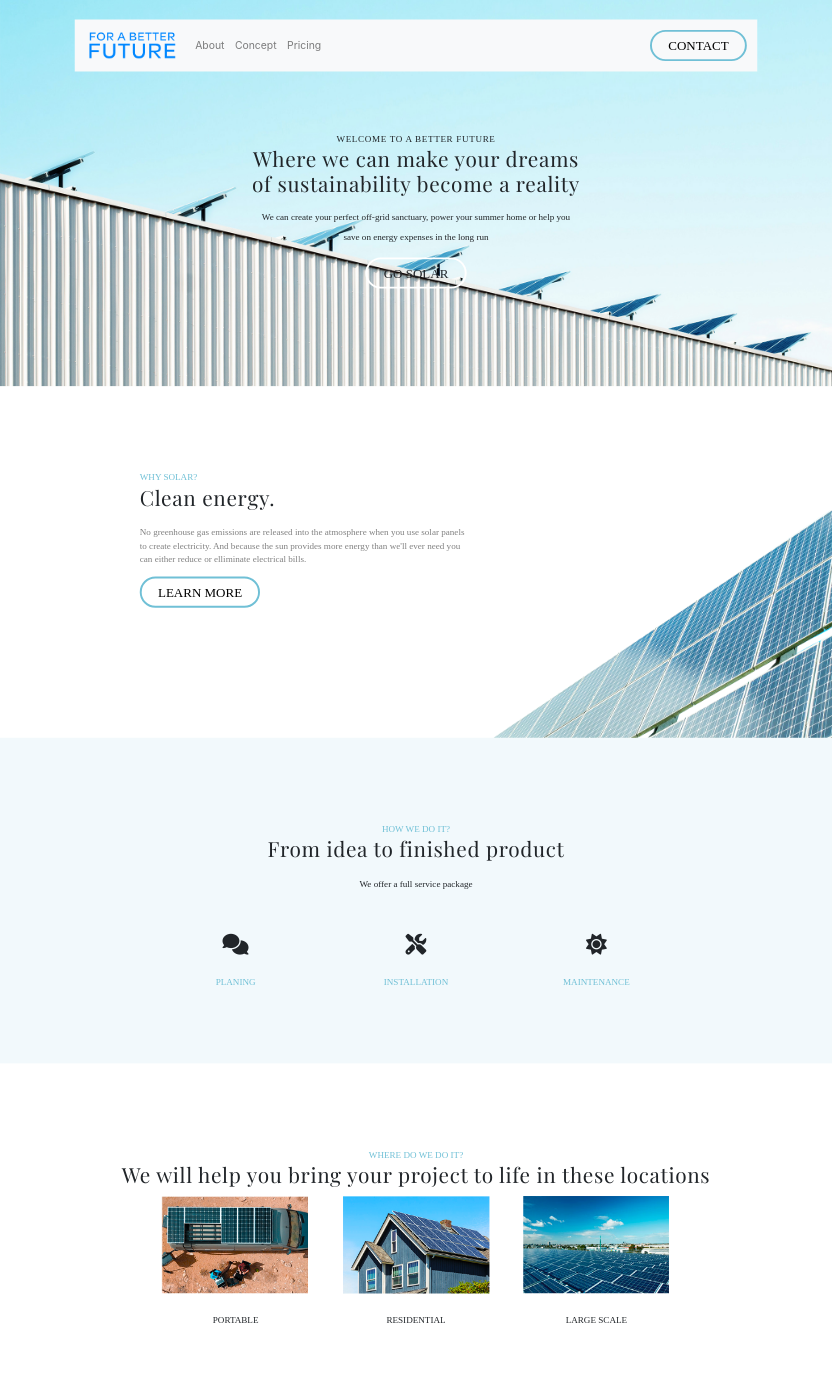
Repository: sabinemm/fabf
Page: index.html
The author's editor kept a record of every edit. The page is drawn from the files as they stood at one moment, then again after the next edit.
The browser window is 1280 px wide. The pictures show the whole page, at 65% of full size.
Backgrounds fixed to the window are drawn as part of the page. Some web fonts or font styles are not loaded; a fallback is used. Some web libraries are served in a nearby version.

Above is the page before.

### index.html
<!DOCTYPE html>
<html lang="en">

<head>
    <meta charset="UTF-8">
    <meta name="viewport" content="width=device-width, initial-scale=1.0">
    <meta http-equiv="X-UA-Compatible" content="ie=edge">
    <link rel="stylesheet" href="style.css" type="text/css" />
    <link rel="stylesheet" href="https://stackpath.bootstrapcdn.com/bootstrap/4.3.1/css/bootstrap.min.css" integrity="sha384-ggOyR0iXCbMQv3Xipma34MD+dH/1fQ784/j6cY/iJTQUOhcWr7x9JvoRxT2MZw1T" crossorigin="anonymous">
    <link rel="stylesheet" media="screen" href="https://fontlibrary.org/face/roundo" type="text/css" />
    <link rel="stylesheet" media="screen" href="https://fontlibrary.org/face/source-sans-pro" type="text/css" />
    <link href="https://fonts.googleapis.com/css?family=Playfair+Display&display=swap" rel="stylesheet">
    <script src="https://kit.fontawesome.com/7e530e9396.js"></script>
    <title>FOR A BETTER FUTURE</title>
</head>

<body>

    <!–-----– NAVBAR ------->

    <div class="container">
        <nav class="navbar navbar-fixed-top navbar-expand-lg navbar-light bg-light">
            <a class="navbar-brand" href="#">
          <img src="img/logo.svg" height="50px"alt="logo">
        </a>
            <button class="navbar-toggler" type="button" data-toggle="collapse" data-target="#navbarText" aria-controls="navbarText" aria-expanded="false" aria-label="Toggle navigation">
    <span class="navbar-toggler-icon"></span>
  </button>
            <div class="collapse navbar-collapse justify-content-center" id="navbarText">
                <ul class="navbar-nav mr-auto">
                    <li class="nav-item">
                        <a class="nav-link" href="#">About</a>
                    </li>
                    <li class="nav-item">
                        <a class="nav-link" href="#">Concept</a>
                    </li>
                    <li class="nav-item">
                        <a class="nav-link" href="#">Pricing</a>
                    </li>
                </ul>
                <span class="navbar-text">
          <button type="button" class="btn btn-blue-border">CONTACT</button>
    </span>
            </div>
        </nav>
    </div>

    <!–-----– FIRST SECTION ------->

    <section id="parallax">
        <div class="container">
            <div class="ltitle text-center">
                <p class="uppercase stitle">WELCOME TO A BETTER FUTURE</p>
                <h2> Where we can make your dreams <br> of sustainability become a reality </h2>
                <p class="tparagraph"> We can create your perfect off-grid sanctuary, power your summer home or help you <br> save on energy expenses in the long run</p>
                <button type="button" class="btn  btn-transp-white-border">GO SOLAR</button>
            </div>
        </div>
    </section>

    <!–-----– SECOND SECTION ------->

    <section id="clean">
        <div class="container container-fluid section-2">
            <div class="row">
                <div class="col col-md-6">
                    <p class="uppercase stitle stitle-blue">WHY SOLAR?</p>
                    <h2 class="ltitle ltitle2"> Clean energy.</h2>
                    <p class="tparagraph tparagraph2"> No greenhouse gas emissions are released into the atmosphere when you use solar panels to create electricity. And because the sun provides more energy than we'll ever need you can either reduce or elliminate electrical bills. </p>
                    <button type="button" class="btn btn-blue-border">LEARN MORE</button>

                </div>
            </div>

            <div class="container">
                <div class="col col-md-6 offset-md-6">
                    <img src="img/sidepanel.png" class="sidepanel"></img>
                </div>
            </div>
        </div>

    </section>

    <!–-----– THIRD SECTION ------->

    <section id="idea">
        <div class="idea-title text-center">
            <p class="uppercase stitle stitle-blue">HOW WE DO IT?</p>
            <h2 class="ltitle ltitle2"> From idea to finished product</h2>
            <p class="tparagraph">We offer a full service package</p>

        </div>
        <div class="container container-fluid ">
            <div class="row m-auto text-center justify-content-center">
                <div class=" col-sm-3 col-md-3">
                   <div class="icons"><i class="fas fa-comments fa-2x"></i></div>
                     <p class="uppercase stitle stitle-blue stitlen">PLANING</p>
                </div>
                <div class="col-sm-3 col-md-3">
                    <div class="icon"><i class="fas fa-tools fa-2x"></i></div>
                     <p class="uppercase stitle stitle-blue stitlen">INSTALLATION</p>
                </div>
                <div class="col-sm-3 col-md-3">
                    <div class="icon"><i class="fas fa-sun fa-2x"></i></div>
                     <p class="uppercase stitle stitle-blue stitlen">MAINTENANCE</p>
                </div>
            </div>

        </div>

    </section>

 <!–-----– FOURTH SECTION ------->

     <section id="where">
        <div class=" text-center">
            <p class="uppercase stitle stitle-blue">WHERE DO WE DO IT?</p>
            <h2 class="ltitle ltitle2">We will help you bring your project to life
in these locations</h2>


        </div>
        <div class="container container-fluid ">
            <div class="row m-auto text-center justify-content-center">
                <div class=" col-sm-3 col-md-3">
                   <img class="whereimg"src="img/portable.png"></img>
                     <p class="uppercase stitle stitlen">PORTABLE</p>
                </div>
                <div class="col-sm-3 col-md-3">
                    <img class="whereimg" src="img/residential.png"></img>
                     <p class="uppercase stitle stitlen">RESIDENTIAL</p>
                </div>
                <div class="col-sm-3 col-md-3">
                    <img class="whereimg" src="img/large.png"></img>
                     <p class="uppercase stitle stitlen">LARGE SCALE</p>
                </div>
            </div>

        </div>

    </section>

</body>

</html>

### style.css

/*-------------------navbar------------------*/

.navbar {
    margin-top: 30px;
    margin-left: 30px;
    margin-right: 30px;

}

@media (max-width:536px) {
    .navbar {
        margin-top: 15px;
        margin-left: 10px;
        margin-right: 10px;
    }
}

/*-------------------Buttons------------------*/

.btn-transp-white-border,
.btn-transp-white-border:hover,
.btn-transp-white-border:active,
.btn-transp-white-border:visited,
.btn-transp-white-border:active:focus,
.btn-transp-white-border:focus {
    background-color: rgba(0, 0, 0, 0);
    border: solid 3px white !important;
    border-radius: 30px !important;
    color: white;
    text-align: center;
    text-decoration: none;
    display: inline-block;
    font-size: 20px !important;
    font-family: 'SourceSansProRegular';
    padding-left: 25px !important;
    padding-right: 25px !important;
}


.btn-transp-white-border:hover {
    background-color: rgba(255, 255, 255, 0.5);
    padding-left: 25px;
    padding-right: 25px;
}


.btn-blue-border,
.btn-blue-border:hover,
.btn-blue-border:active,
.btn-blue-border:visited,
.btn-blue-border:active:focus,
.btn-blue-border:focus {
    background-color: rgba(0, 0, 0, 0) !important;
    border: solid 3px rgb(112, 192, 214) !important;
    border-radius: 30px !important;
    color: black !important;
    text-align: center;
    text-decoration: none;
    display: inline-block;
    font-size: 20px !important;
    font-family: 'SourceSansProRegular';
    padding-left: 25px !important;
    padding-right: 25px!important;
}

.btn-blue-border:hover {
    background-color: rgba(112, 192, 214, 0.5) !important;
    padding-left: 25px;
    padding-right: 25px;
}


/*-------------------SECTION 1 PAGE 1------------------*/

#parallax {
    background: url(img/1page1section.jpg);
    background-attachment: fixed;
    background-position: bottom;
    background-repeat: no-repeat;
    background-size: cover;
    margin-top: -110px;
}

@media (max-width:536px) {
    #parallax {
        margin-top: -110px;
    }
}

.stitle {
    font-size: 14px;
    font-family: 'RoundoRegular';
    font-weight: 500;
    font-style: normal;
    margin-bottom: -5px;
}

.ltitle {
    padding-top: 200px;
    font-family: 'Playfair Display';
    letter-spacing: 1px;
    line-height: 30px;
    padding-bottom: 150px;
}

@media (max-width:768px) {
    .ltitle {
        padding-top: 150px;
        padding-bottom: 100px;
    }
}

.tparagraph {
    padding-top: 10px;
    font-family: 'SourceSansProRegular';
    font-weight: normal;
    font-style: normal;
    font-size: 14px;
    letter-spacing: 0;
}

@media (max-width:768px) {
    br {
        display: none !important;
        visibility: hidden;
    }
}

/*-------------------SECTION 2 PAGE 1------------------*/
#clean {
    padding-left: 0;
}
@media (min-width:768px) {
#clean {
    padding-left: 200px;
}
}


.stitle-blue {
    color:rgb(112, 192, 214);
    padding-top: 70px;

}

@media (min-width:768px) {
    .stitle-blue {
        padding-top: 130px;
    }
}

.ltitle2 {
padding-top: 10px;
padding-bottom: 10px;
}

.tparagraph2 {
    color: gray;

}

.section-2 {
  padding-bottom: 100px;
}

.sidepanel {
position:relative;
float: right;
height:400px;
margin-top: -150px;
margin-right: -45px;
z-index: -1;
}

/*-------------------SECTION 3 PAGE 1------------------*/

#idea {
    background-color: rgb(242, 249,252);
     padding-bottom: 70px;
}

.idea-title {;
    padding-bottom: 50px;
    margin-top: 100px;
}


.stitlen {
    padding-top: 30px;
    padding-bottom: 50px;
}


/*-------------------SECTION 4 PAGE 1------------------*/

.whereimg {
    height: 150px;
}

.wheretitle {
    padding-top: 20px;
    padding-bottom: 30px;
}


#where {
    padding-bottom: 30px;
}



/*-------------------FOOTER------------------*/

After the next edit:
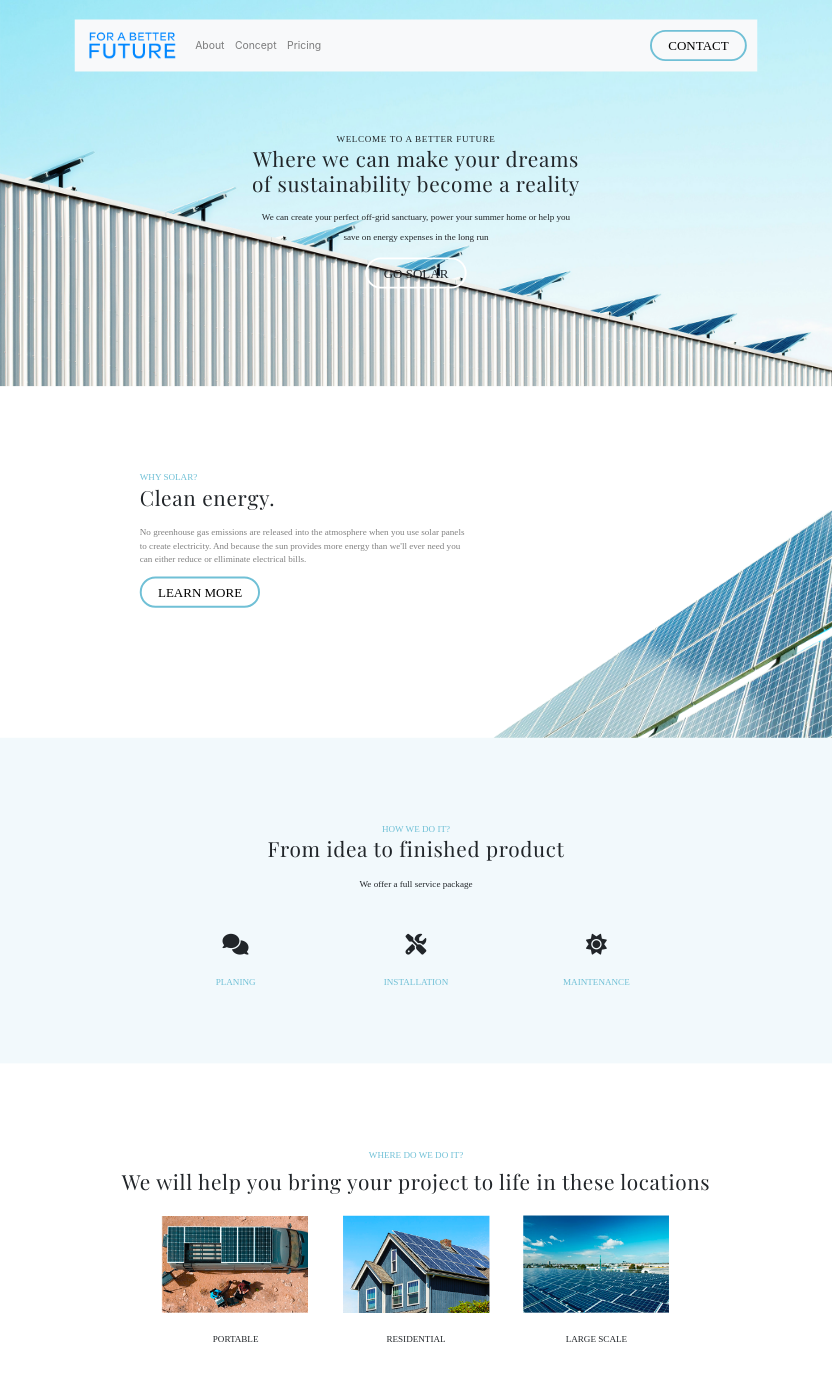
The edit:
--- a/index.html
+++ b/index.html
@@ -115,7 +115,7 @@
      <section id="where">
         <div class=" text-center">
             <p class="uppercase stitle stitle-blue">WHERE DO WE DO IT?</p>
-            <h2 class="ltitle ltitle2">We will help you bring your project to life
+            <h2 class="ltitle wheretitle">We will help you bring your project to life
 in these locations</h2>
 
 
